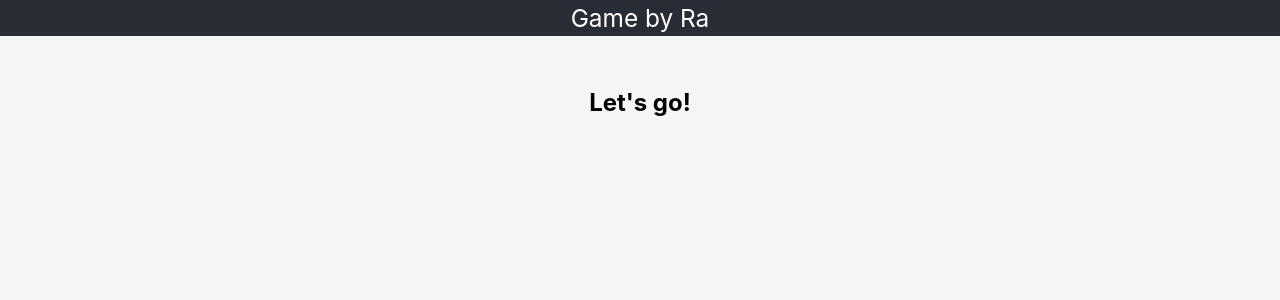
Repository: Sergioramasano/ramos-game
Page: /
An editor plug-in stored every save of this project. The page is shown before and after the next save, followed by the edit.
The browser window is 1280 px wide. The pictures show the whole page.
The project was rebuilt for these pictures with package versions that can differ from the ones it lists, and the page was loaded fresh each time.

Above is the page before, as saved 2021-02-11 14:27:29.

### public/index.html
<!DOCTYPE html>
<html lang="en">
  <head>
    <meta charset="utf-8" />
    <link rel="icon" href="%PUBLIC_URL%/favicon.ico" />
    <meta name="viewport" content="width=device-width, initial-scale=1" />
    <meta name="theme-color" content="#000000" />
    <meta
      name="description"
      content="Web site created using create-react-app"
    />
    <link rel="apple-touch-icon" href="%PUBLIC_URL%/logo192.png" />
    <link rel="manifest" href="%PUBLIC_URL%/manifest.json" />
    <title>Game by Ra</title>
  </head>
  <body>
    <noscript>You need to enable JavaScript to run this app.</noscript>
    <div id="root"></div>
  </body>
</html>

### src/App.js
import "./App.css";
import GameBox from "./components/GameBox/GameBox";

const App = () => {
  return (
    <div className="App">
      <header className="App-header">Game by Ra</header>
      <GameBox></GameBox>
    </div>
  );
};

export default App;

### src/App.css
.App {
  text-align: center;
}

.App-header {
  background-color: #282c34;
  height: 5vh;
  display: flex;
  flex-direction: column;
  align-items: center;
  justify-content: center;
  font-size: calc(10px + 2vmin);
  color: white;
}

### src/components/GameBox/GameBox.js
import React from "react";
import styles from "./Gamebox.module.css";

const GameBox = () => {
  return (
    <main className={styles.gamebox}>
      <h2>Let's go!</h2>
      <section className={styles.wrap}></section>
    </main>
  );
};

export default GameBox;

### src/components/GameBox/Gamebox.module.css
.gamebox {
  height: 95vh;
  background-color: whitesmoke;
  padding: 2rem;
  box-sizing: border-box;
}

.wrap {
  margin: auto auto;
  max-width: 600px;
  height: auto;
  background-color: yellow;
  width: 100%;
}

Loaded but not shown: src/index.js (common file); src/index.css (common file)

After the next save:
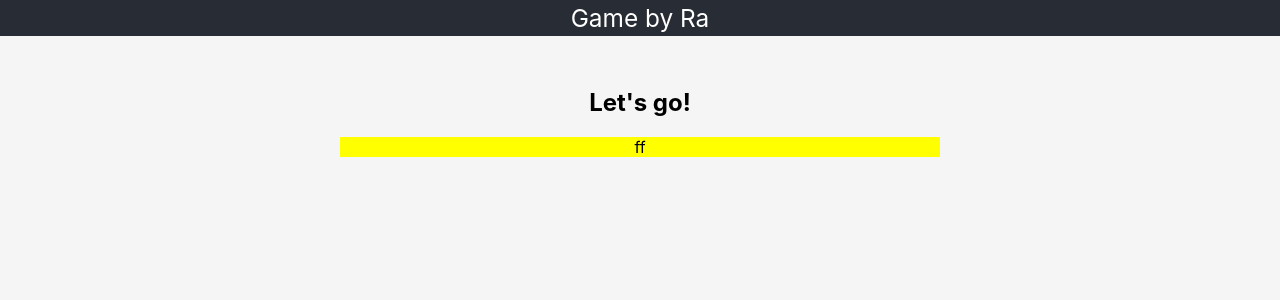
Saved 23 s later.
--- a/src/components/GameBox/GameBox.js
+++ b/src/components/GameBox/GameBox.js
@@ -5,7 +5,7 @@
   return (
     <main className={styles.gamebox}>
       <h2>Let's go!</h2>
-      <section className={styles.wrap}></section>
+      <section className={styles.wrap}>ff</section>
     </main>
   );
 };
